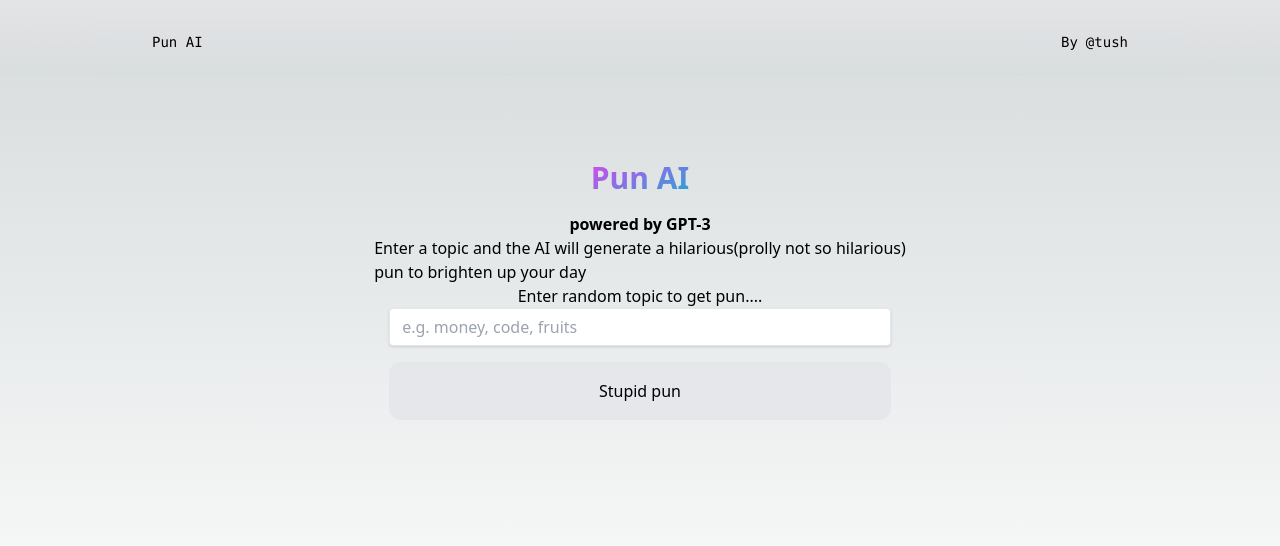
Repository: tushcmd/next-puns-ai
Page: /
An editor plug-in stored every save of this project. The page is shown before and after the next save, followed by the edit.
The browser window is 1280 px wide. The pictures show the whole page.
The project was rebuilt for these pictures with package versions that can differ from the ones it lists, and the page was loaded fresh each time. The framework's server and built-in components were replaced by stand-ins that run in the browser. Also part of the build but not shown: next.config.mjs, app/components/Spinner.tsx.

Above is the page before, as saved 2024-03-07 22:00:02.

After the next save:
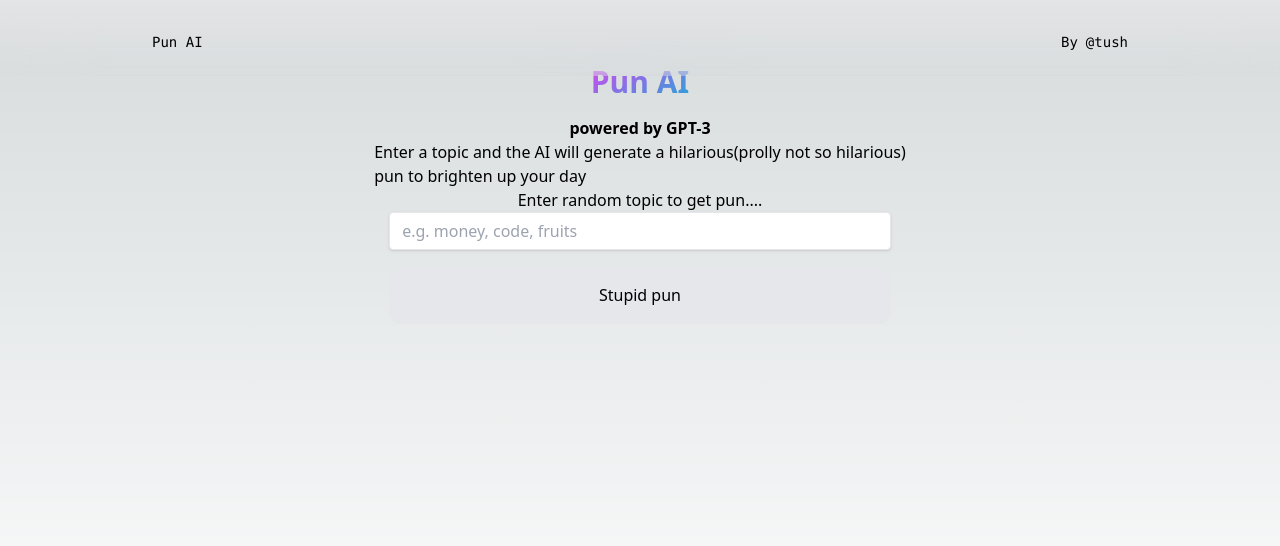
Saved 67 s later.
--- a/app/components/hero.tsx
+++ b/app/components/hero.tsx
@@ -39,7 +39,7 @@
 
 
     return (
-        <div className="flex flex-col relative justify-center items-center h-screen md:py-16 py-6 overflow-wrap">
+        <div className="flex flex-col relative justify-center items-center h-full md:py-16 py-6 overflow-wrap">
             <p className="text-3xl font-bold pb-4 bg-gradient-to-br from-fuchsia-500 to-cyan-500 bg-clip-text text-transparent">Pun AI</p>
             <p className="text-base font-bold">powered by GPT-3</p>
             <div className="text-base ">Enter a topic and the AI will generate a hilarious(prolly not so hilarious) <br /> pun to brighten up your day</div>
@@ -49,7 +49,7 @@
                     fill
                     alt='Crack me up'
                     priority
-                    className='object-cover rounded-3xl '
+                    className='object-cover rounded-3xl'
                     quality={75}
                     sizes="100vw"
                 />

After the 2 saves that followed:
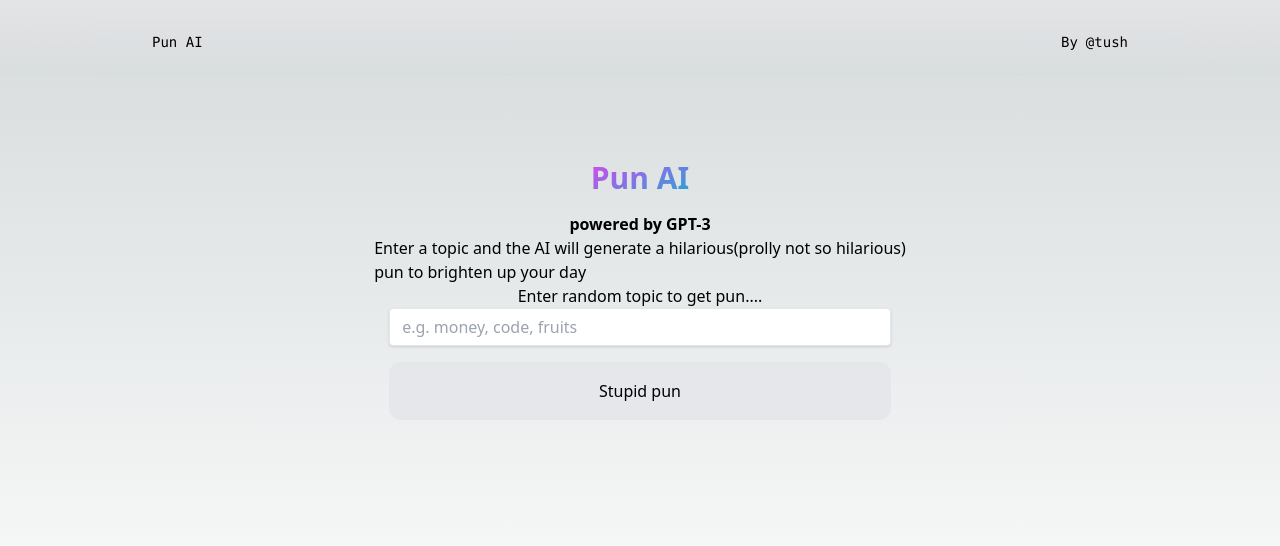
The 2 saves are shown as one change because 1 left the picture as it was.
The last was saved 2 min 13 s later.
--- a/app/components/hero.tsx
+++ b/app/components/hero.tsx
@@ -39,7 +39,7 @@
 
 
     return (
-        <div className="flex flex-col relative justify-center items-center h-full md:py-16 py-6 overflow-wrap">
+        <div className="flex flex-col relative justify-center items-center h-screen md:py-16 py-6 overflow-wrap">
             <p className="text-3xl font-bold pb-4 bg-gradient-to-br from-fuchsia-500 to-cyan-500 bg-clip-text text-transparent">Pun AI</p>
             <p className="text-base font-bold">powered by GPT-3</p>
             <div className="text-base ">Enter a topic and the AI will generate a hilarious(prolly not so hilarious) <br /> pun to brighten up your day</div>
